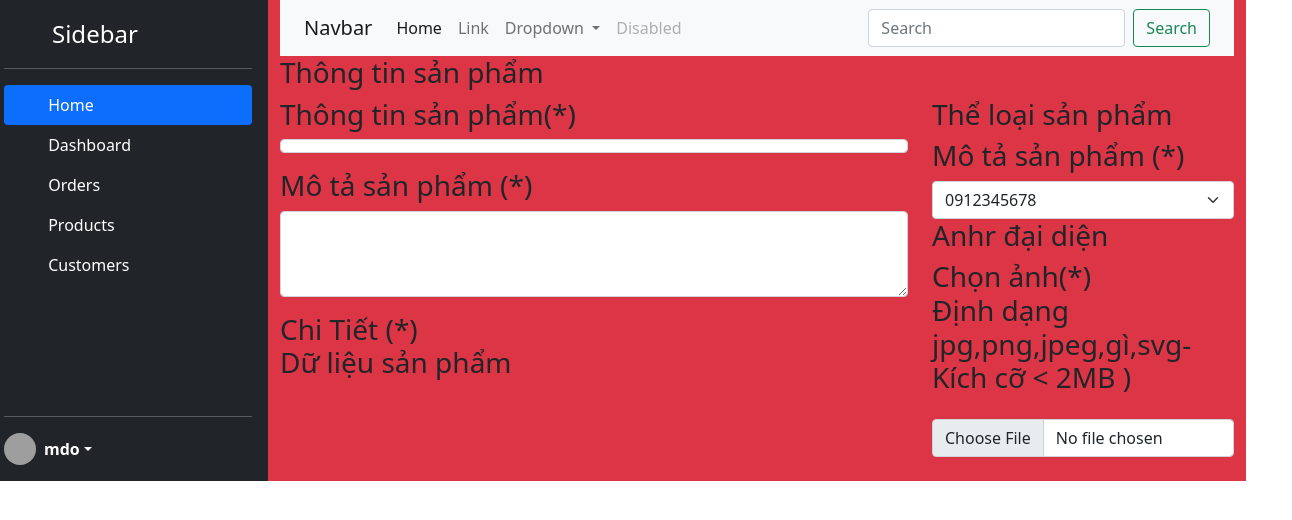
Repository: Lehuyhuynh/BT12-BOOTSTRAP
Page: index.html
The author's editor kept a copy of each file at every save. The page is drawn from the files as they stood at one save, then again after a run of saves.
The browser window is 1280 px wide. The page is 1292 px wide, so the pictures cover 1292 px, including what lies to the right of the window. The pictures show the whole page.
Pictures or frames that could not be fetched are drawn as grey boxes.

Above is the page before, as saved 2023-08-19 22:44:36.

After the next 3 saves:
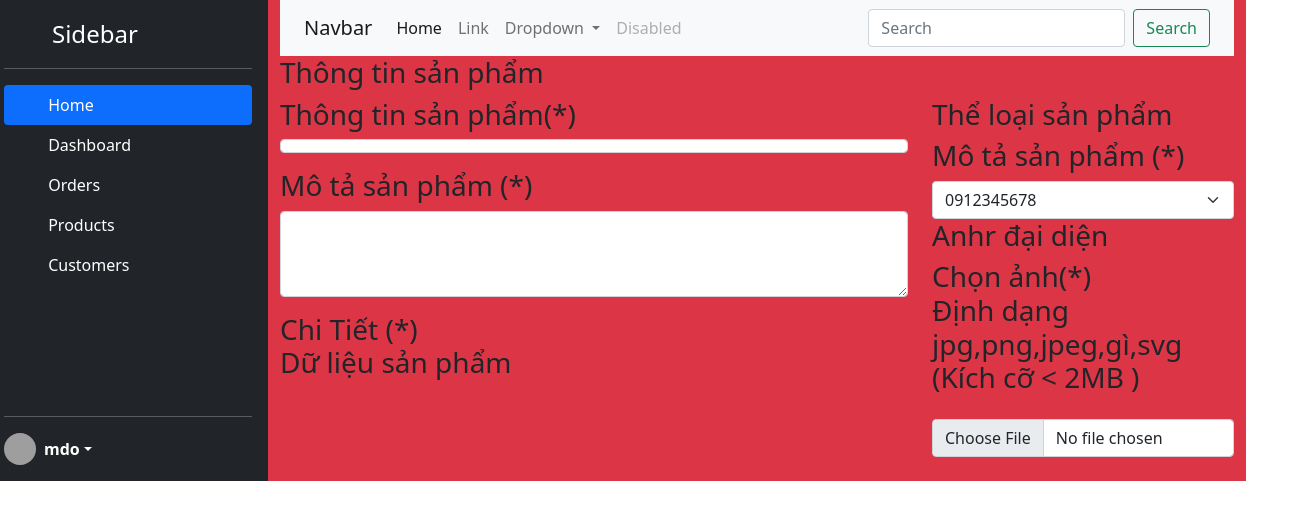
The 3 saves are shown as one change because they came seconds apart.
The last was saved 9 s later.
--- a/index.html
+++ b/index.html
@@ -154,7 +154,7 @@
                 <h3>Anhr đại diện</h3>
                 <div class="mb-3">
                   <label for="formFile" class="form-label">Chọn ảnh(*)
-                    <p>Định dạng jpg,png,jpeg,gì,svg-Kích cỡ < 2MB )    </p>
+                    <p>Định dạng jpg,png,jpeg,gì,svg (Kích cỡ < 2MB )    </p>
                   </label>
                   <input class="form-control" type="file" id="formFile">
                 </div>
